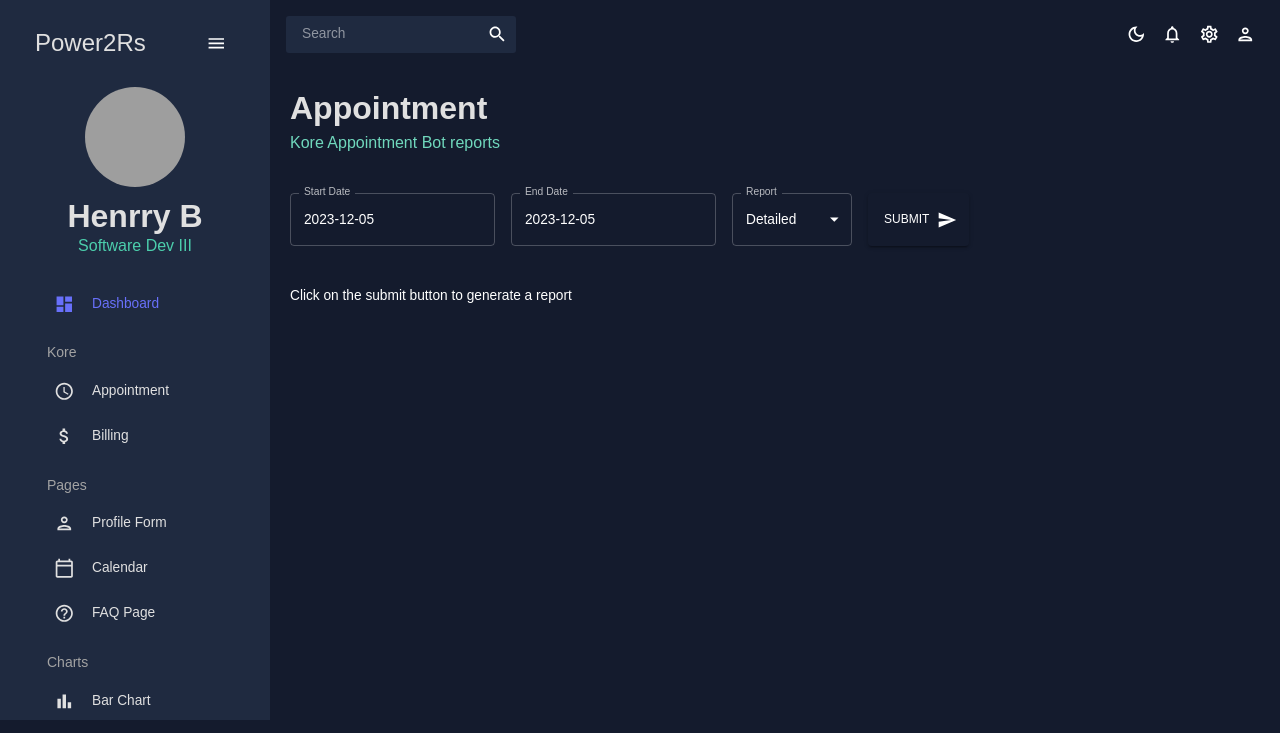
Repository: HenrryWith2Rs/reporthub
Page: /kore/appt (app in ui/)
The author's editor kept a copy of each file at every save. The page is drawn from the files as they stood at one save, then again after the next save.
The browser window is 1280 px wide. The pictures show the whole page.
Pictures or frames that could not be fetched are drawn as grey boxes. The page's requests for data from a server got no answer. The project was rebuilt for these pictures with package versions that can differ from the ones it lists, and the page was loaded fresh each time. No one was signed in, and anything a server would have sent is missing. Also part of the build but not shown: ui/vite.config.ts, ui/src/data/mockData.ts, ui/src/components/LineChart.tsx, ui/src/data/mockGeoFeatures.ts, ui/src/components/GeographyChart.tsx, ui/src/data/dataParser.ts, ui/src/components/BarChart.tsx, ui/src/components/ProgressCircle.tsx and 7 more.

Above is the page before, as saved 2023-12-07 07:05:25.

After the next save:
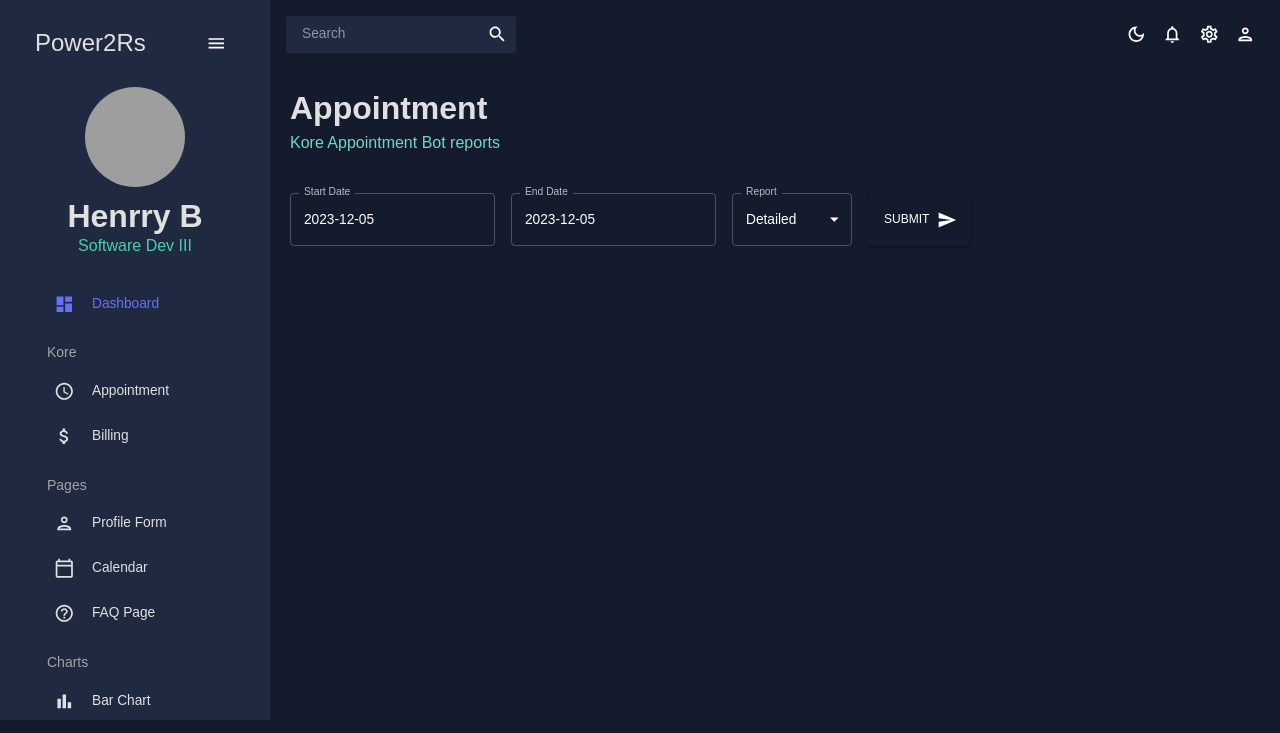
Saved 6 min 59 s later.
--- a/ui/src/scenes/appointment/index.tsx
+++ b/ui/src/scenes/appointment/index.tsx
@@ -19,6 +19,7 @@
 import { ReportType } from '../../types/koreTypes';
 import { useQuery } from '@tanstack/react-query';
 import { fetchAppointmentData } from '../../api/data/koreBotDataFetcher';
+import useBotData from '../../api/dataHooks/useAppointmentData';
 
 const Appointment = () => {
   const theme = useTheme();
@@ -41,20 +42,15 @@
   const formattedStartDate = formatDate(dateStart);
   const formattedEndDate = formatDate(dateEnd);
 
-  // Fetch data using useQuery
-  const { data, isFetching, error, refetch } = useQuery({
-    queryKey: ['apptData', formattedStartDate, formattedEndDate],
-    queryFn: () => {
-      return fetchAppointmentData({
-        bot: 'appointment',
-        reportType,
-        format: 'html',
-        dateStart: formattedStartDate,
-        dateEnd: formattedEndDate,
-      });
-    },
-    enabled: isFetchEnabled, // Fetch data only when isFetchEnabled is true
-  });
+  // Fetch data using useBotData
+  const { data, isFetching, error, refetch } = useBotData(
+    'appointment',
+    formattedStartDate,
+    formattedEndDate,
+    reportType,
+    'html',
+    isFetchEnabled // Pass isFetchEnabled as an argument
+  );
 
   // Log loading, error, or API response
   if (isFetching) {

After the 2 saves that followed:
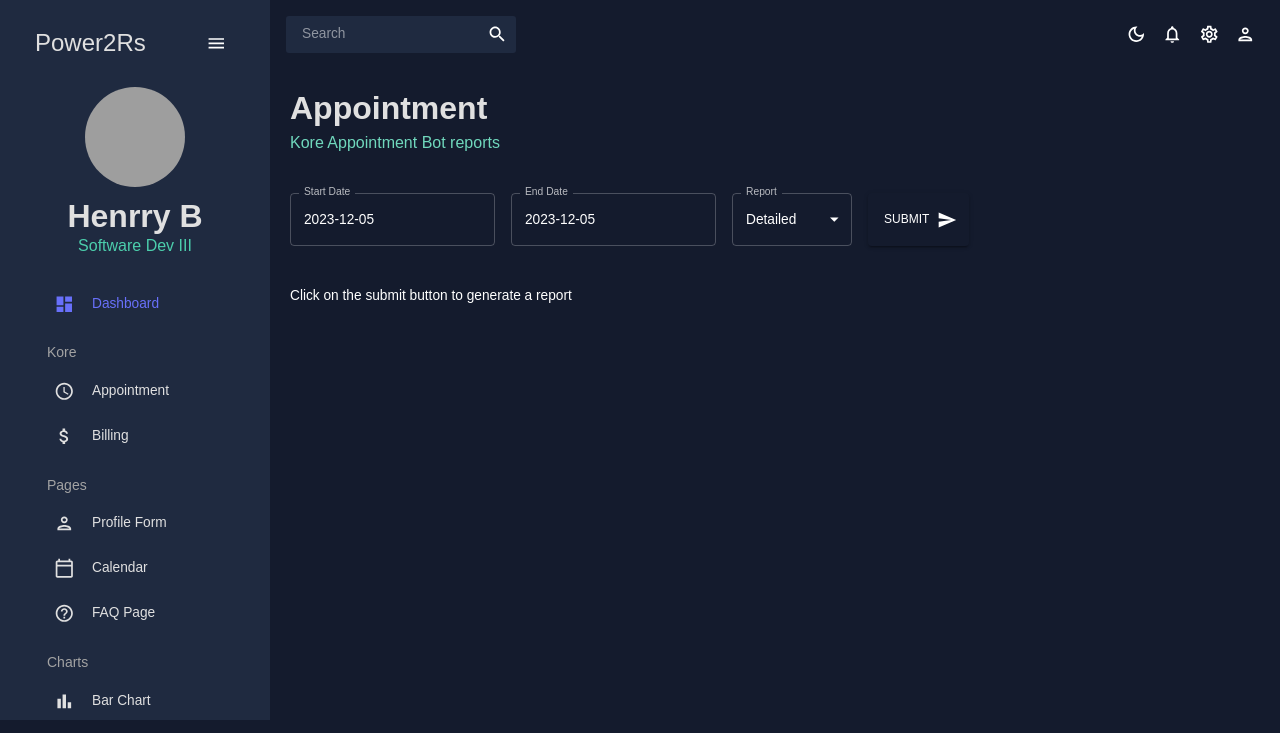
The 2 saves are shown as one change because 1 left the picture as it was.
The last was saved 84 s later.
--- a/ui/src/scenes/appointment/index.tsx
+++ b/ui/src/scenes/appointment/index.tsx
@@ -49,7 +49,7 @@
     formattedEndDate,
     reportType,
     'html',
-    isFetchEnabled // Pass isFetchEnabled as an argument
+    isFetchEnabled
   );
 
   // Log loading, error, or API response
--- a/ui/src/api/dataHooks/useAppointmentData.ts
+++ b/ui/src/api/dataHooks/useAppointmentData.ts
@@ -13,7 +13,8 @@ const useBotData = (
   dateStart: string,
   dateEnd: string,
   reportType: string,
-  format: string
+  format: string,
+  isFetchEnabled: boolean
 ) => {
   const params: RequestParameters = {
     bot: botType as BotType,
@@ -23,10 +24,11 @@ const useBotData = (
     dateEnd,
   };
 
+  console.log(isFetchEnabled);
   const { data, isFetching, error, refetch } = useQuery({
     queryKey: [`${botType}Data`, dateStart, dateEnd],
     queryFn: () => fetchAppointmentData(params),
-    enabled: true, // You can adjust the condition for enabling/disabling fetching
+    enabled: isFetchEnabled,
   });
 
   return {
